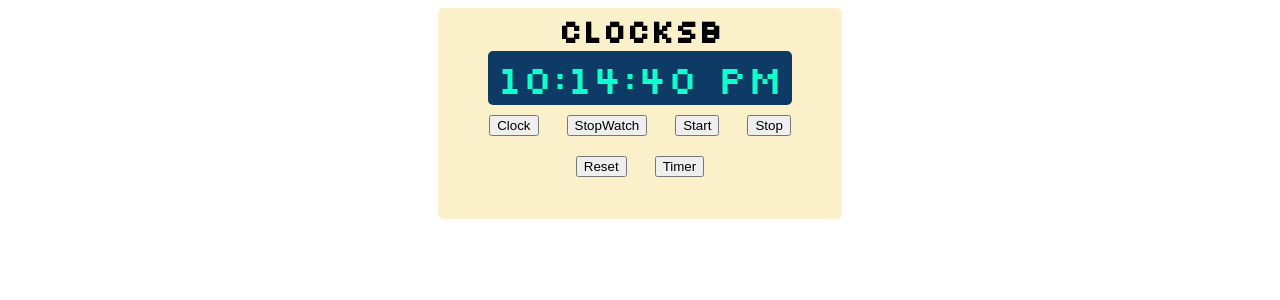
Repository: ourshadetree/clockSB
Page: index.html
These files come from the project's save history. The page is drawn as it stood at one moment and after the next save; the edit follows.
The browser window is 1280 px wide. The pictures show the whole page.
After loading, the first visible `button[onclick="loadSW()"]` was clicked once.

Above is the page before, as saved 2025-12-06 08:08:45.
Console error: ReferenceError: loadSW is not defined

After the next save:
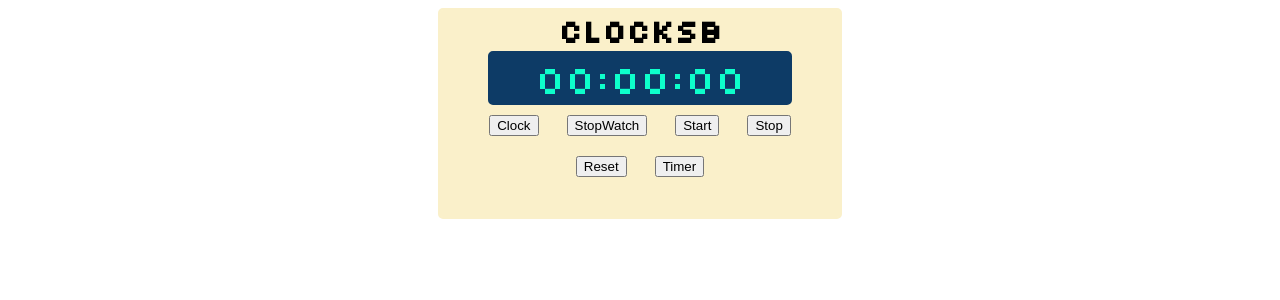
The error is gone.
Saved 5 min 48 s later.
--- a/index.js
+++ b/index.js
@@ -7,6 +7,12 @@ var hours;
 
 window.onload = function() {
     loadClock();
+}
+
+function clearAllIntervals() {
+    for(let i = 1; i < 99999; i++) {
+        window.clearInterval(i);
+    }
 }
 
 function loadClock() {
@@ -45,13 +51,16 @@ function getTime() {
 
 }
 
-function openSW() {
+function loadSW() {
+    clearAllIntervals();
+    stopWatch();
+}
+
+function stopWatch() {
+    seconds = 0;
     minutes = 0;
     hours = 0;
-    seconds = 0;
 
     document.getElementById("clockScreen").innerHTML = "00:00:00";
-    clearInterval(getTime, 1000);
-
 
 }
